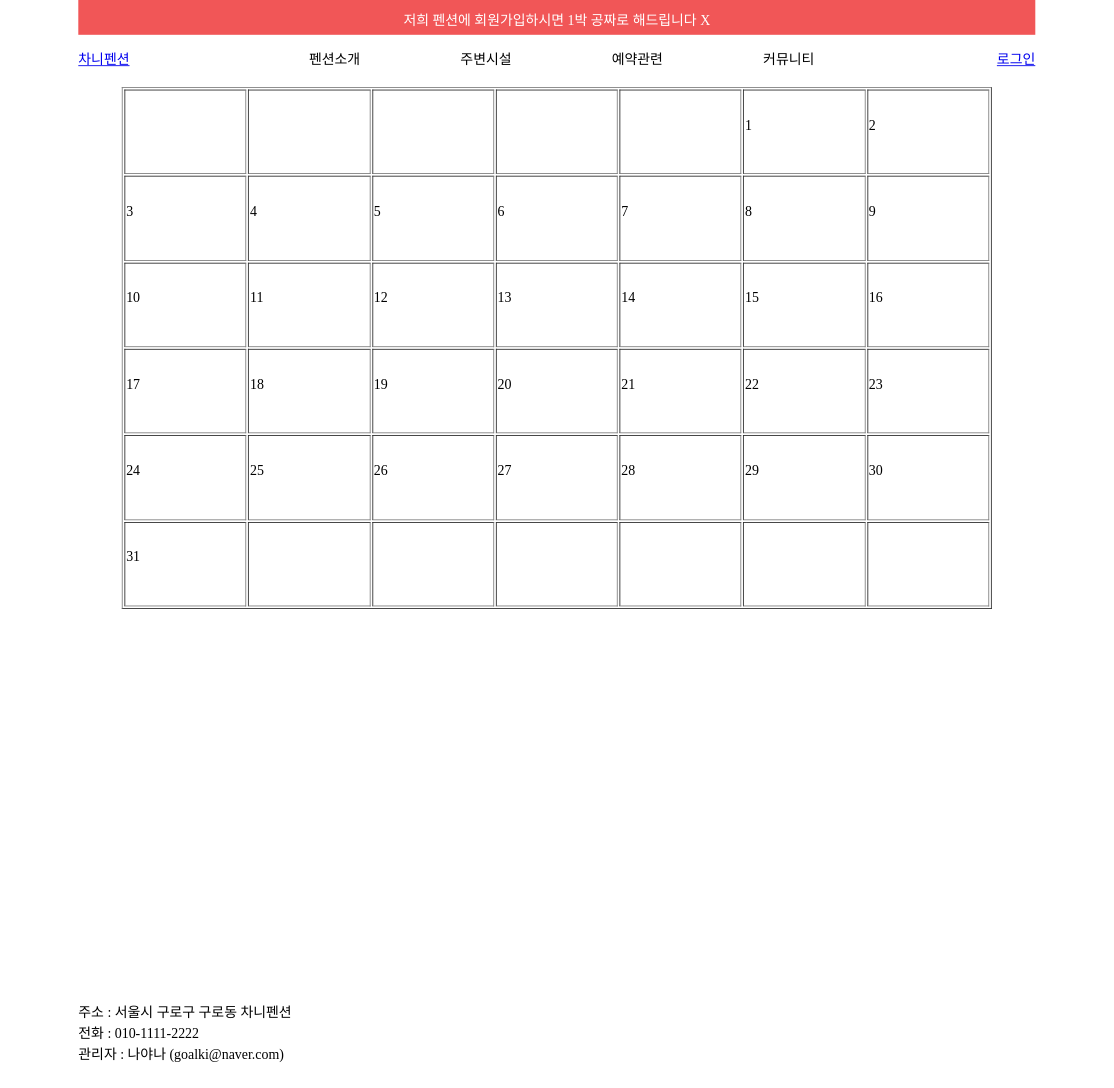
Repository: goalki/pension
Page: http://localhost/pension/reserve/reserve.jsp
An editor plug-in stored every save of this project. The page is shown before and after the next save, followed by the edit.
The browser window is 1280 px wide. The pictures show the whole page, at 87% of full size.
The page is served by Tomcat 9. Queries for data that is not in the repository find no rows.

Above is the page before, as saved 2021-01-20 06:04:36.

After the next save:
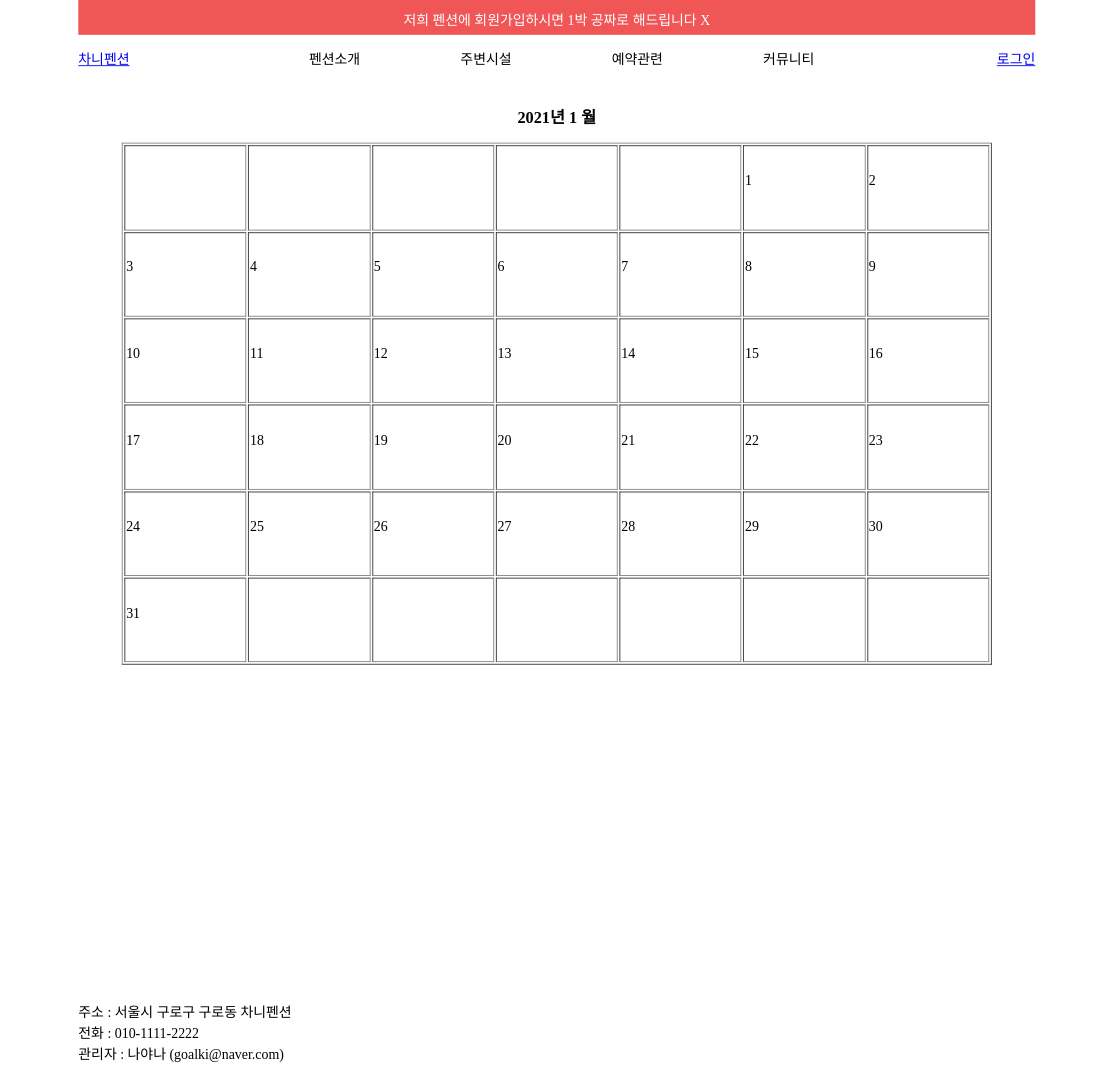
Saved 4 min 41 s later.
--- a/pension/WebContent/reserve/reserve.jsp
+++ b/pension/WebContent/reserve/reserve.jsp
@@ -50,6 +50,7 @@
  </style>
  <div id="section">
    <table width="1000" height="600" border="1" align="center">
+    <caption> <h3> ${y}년 ${m} 월</h3> </caption>
    <c:set var="day" value="1"/> <!-- pageContext 영역에 만들어진다. -->
    <fmt:formatDate var="today" value="<%=new java.util.Date()%>" pattern="yyyy-MM-dd"/>
    <c:forEach var="i" begin="1" end="${ju}"> <!-- 1주씩 출력 -->
